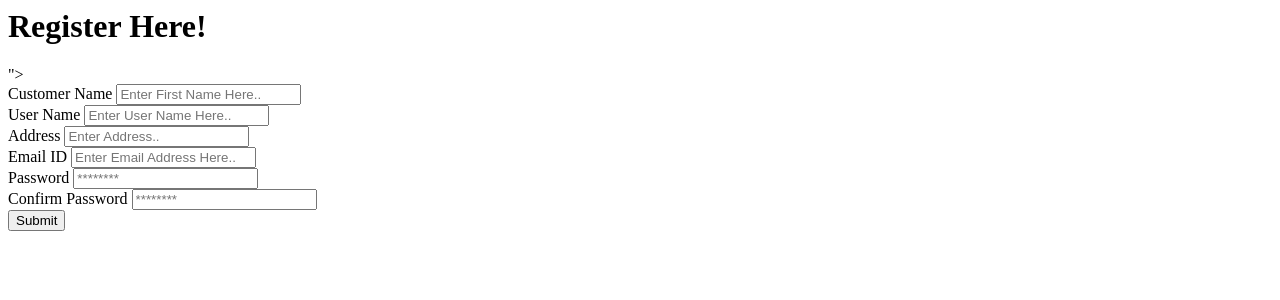
Repository: SmithaMendonca/Project-2
Page: EduCollaborationFrontend/WebContent/c_user/Register.html
An editor plug-in stored every save of this project. The page is shown before and after the next save, followed by the edit.
The browser window is 1280 px wide. The pictures show the whole page.

Above is the page before, as saved 2019-07-10 05:33:12.

After the next save:
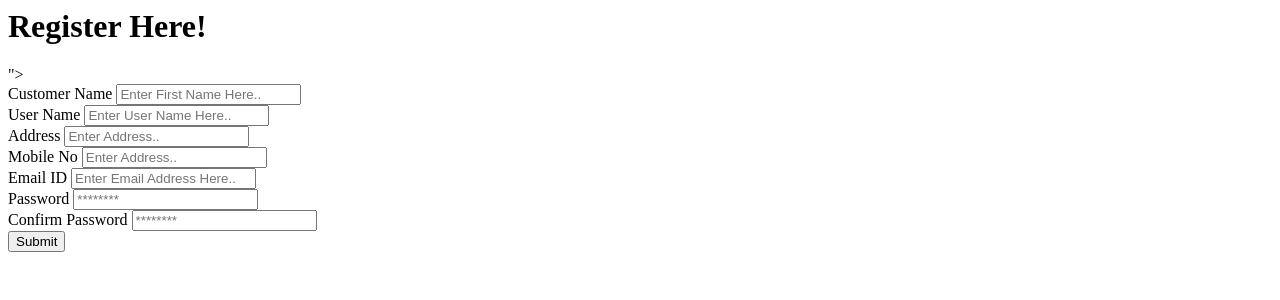
Saved 97 s later.
--- a/EduCollaborationFrontend/WebContent/c_user/Register.html
+++ b/EduCollaborationFrontend/WebContent/c_user/Register.html
@@ -20,6 +20,11 @@
 					   <div class="row">
 						<div class="col-sm-6 form-group">
 							<label>Address</label>
+							<input type="text"  class="form-control" name="address" ng-model="userDetail.address" placeholder="Enter Address..">
+						</div>
+						<div class="row">
+						<div class="col-sm-6 form-group">
+							<label>Mobile No</label>
 							<input type="text"  class="form-control" name="address" ng-model="userDetail.address" placeholder="Enter Address..">
 						</div>
 					    <div class="col-sm-6 form-group">
